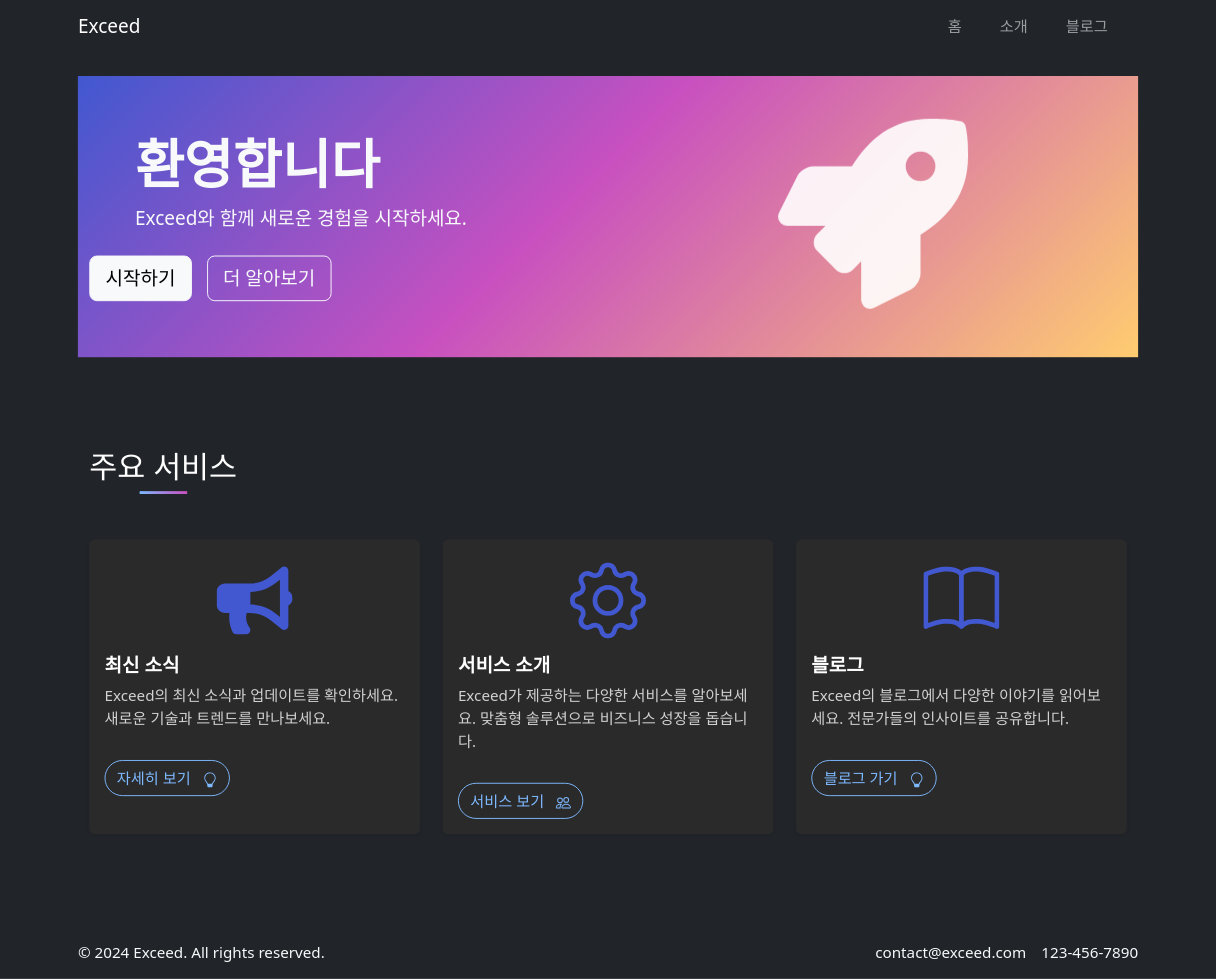
Repository: somej-123/exceed
Page: /
The author's editor kept a copy of each file at every save. The page is drawn from the files as they stood at one save, then again after the next save.
The browser window is 1280 px wide. The pictures show the whole page, at 95% of full size.
The project was rebuilt for these pictures with package versions that can differ from the ones it lists, and the page was loaded fresh each time. Also part of the build but not shown: vite.config.ts, src/pages/Info.tsx, src/pages/Blog.tsx.

Above is the page before, as saved 2025-03-23 20:03:34.

After the next save:
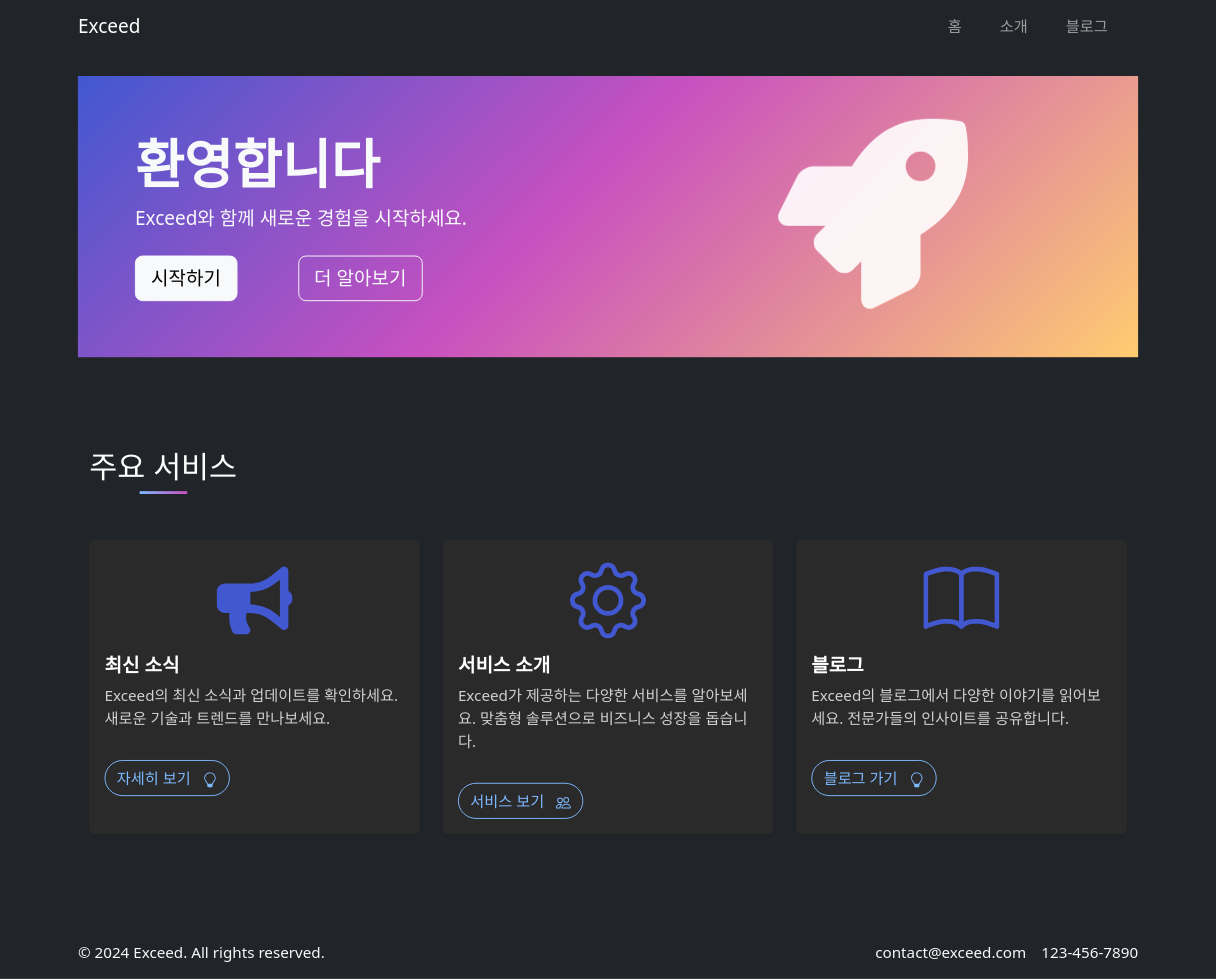
Saved 5 s later.
--- a/src/pages/Home.tsx
+++ b/src/pages/Home.tsx
@@ -13,8 +13,8 @@ const Home = () => {
             <Col md={6} className="mb-md-0">
               <h1 className="display-4 fw-bold ms-md-5">환영합니다</h1>
               <p className="lead mb-4 ms-md-5">Exceed와 함께 새로운 경험을 시작하세요.</p>
-              <Button variant="light" size="lg" className="me-3">시작하기</Button>
-              <Button variant="outline-light" size="lg">더 알아보기</Button>
+              <Button variant="light" size="lg" className="me-3 ms-md-5">시작하기</Button>
+              <Button variant="outline-light" size="lg" className="ms-md-5">더 알아보기</Button>
             </Col>
             <Col md={6} className="text-center">
               <FaRocket size={200} className="hero-icon" />
